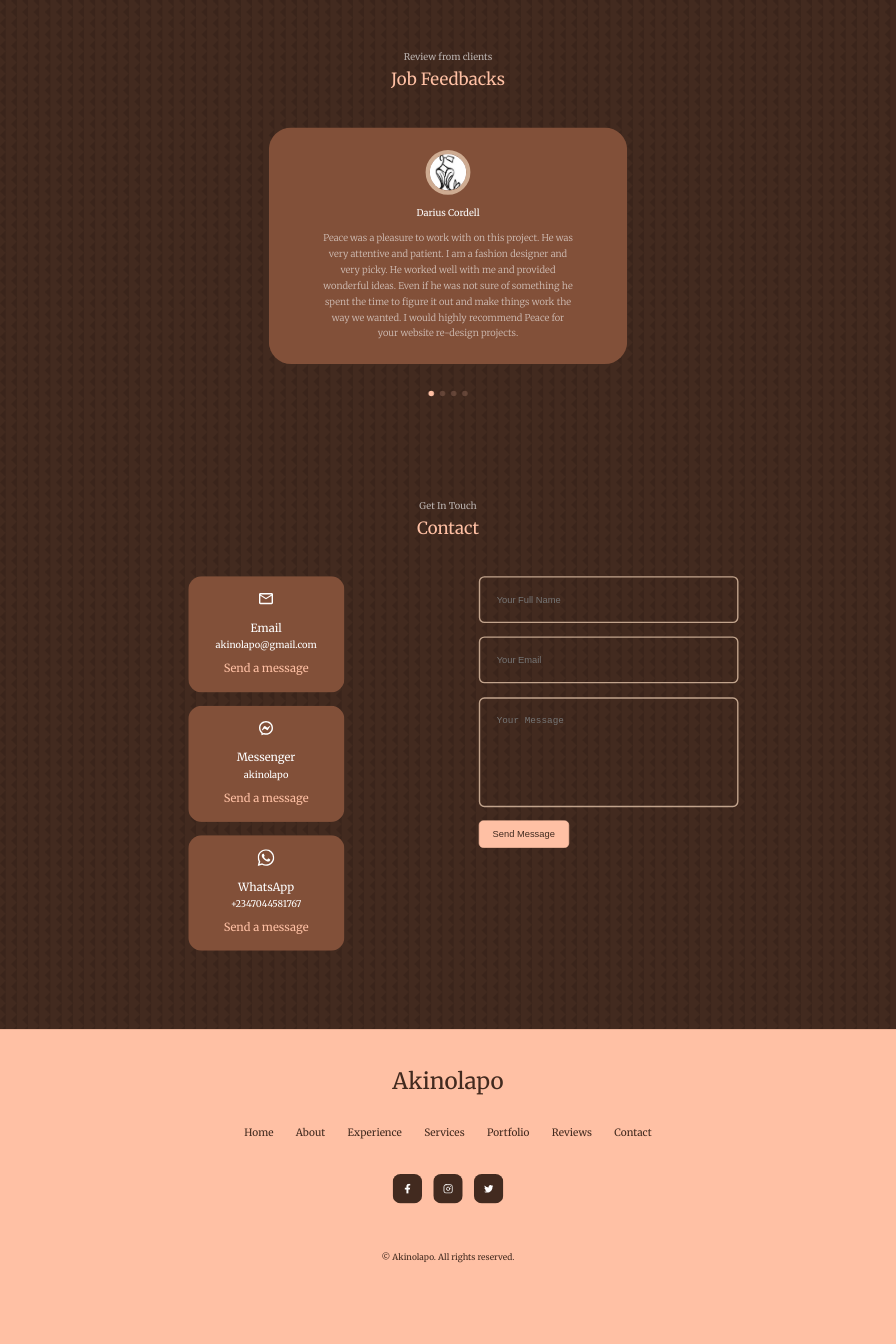
Repository: akinolapo/akinolapo-react
Page: /
These files come from the project's save history. The page is drawn as it stood at one moment and after the next save; the edit follows.
The browser window is 1280 px wide. The pictures show the part of the page from y = 4103 to 6023 px (the page is 6023 px tall), at 70% of full size.
The project was rebuilt for these pictures with package versions that can differ from the ones it lists, and the page was loaded fresh each time.

Above is the page before, as saved 2022-07-24 12:32:17.

### public/index.html
<!DOCTYPE html>
<html lang="en">

<head>
    <meta charset="UTF-8">
    <meta http-equiv="X-UA-Compatible" content="IE=edge">
    <meta name="viewport" content="width=device-width, initial-scale=1.0">
    <meta
      name="description"
      content="I am a Front-end Developer who has worked for several companies. I have developed websites for small businesses, large companies and individuals."
    />
    <meta name="p:domain_verify" content="1e6b47b5f0d710033c44561e0f1e8f04"/>
    <link rel="apple-touch-icon" sizes="180x180" href="%PUBLIC_URL%/assets/apple-touch-icon.png">
    <link rel="icon" type="image/png" sizes="32x32" href="%PUBLIC_URL%/assets/favicon-32x32.png">
    <link rel="icon" type="image/png" sizes="16x16" href="%PUBLIC_URL%/assets/favicon-16x16.png">
    <link rel="manifest" href="%PUBLIC_URL%/assets/site.webmanifest">
    <link rel="mask-icon" href="%PUBLIC_URL%/assets/safari-pinned-tab.svg" color="#5bbad5">
    <meta name="msapplication-TileColor" content="#da532c">
    <meta name="theme-color" content="#ffffff">
    <title>Peace Akinola || Frontend Developer || IT Support Specialist</title>
</head>

<body>
    <div id="root"></div>
</body>

</html>

### src/App.jsx
import React from 'react'
import Header from './components/header/header'
import Nav from './components/nav/nav'
import About from './components/about/about'
import Experience from './components/experience/experience'
import Services from './components/services/services'
import Portfolio from './components/portfolio/portfolio'
import Review from './components/review/review'
import Contact from './components/contact/contact'
import Footer from './components/footer/footer'

const App = () => {
  return (
    <>
    <Header/>
    <Nav/>
    <About/>
    <Experience/>
    <Services/>
    <Portfolio/>
    <Review/>
    <Contact/>
    <Footer/>
    </>
  )
}

export default App

### src/components/header/header.jsx
import React from 'react'
import './header.css'
import CTA from './CTA'
// import ME from '../../assets/me.png'
import HeaderSocials from './headersocials'

const header = () => {
  return (
    <header>
      <div className="container header__container">
        <h5>Hello I'm</h5>
        <h1>Peace Akinola</h1>
        <h5 className="text-light">Frontend Developer</h5>
        <CTA/>
        <HeaderSocials/>

        <div className="me">
          <img src={process.env.PUBLIC_URL+`assets/me.png`} alt='me'></img>
        </div>

        <a href='#contact' className='scroll__down'>Scroll Down</a>
      </div>
    </header>
  )
}

export default header

### src/components/nav/nav.jsx
import React from 'react'
import './nav.css'
import {AiOutlineHome, AiOutlineUser, AiOutlineBook, AiOutlineMessage} from 'react-icons/ai'
import {RiServiceLine} from 'react-icons/ri'
import {BiBriefcase} from 'react-icons/bi'
import { useState } from 'react'

const Nav = () => {
  const [activeNav, setActiveNav] = useState('#')
  return (
    <nav>
      <a href='#' onClick={() => setActiveNav('#')} className={activeNav === '#' ? 'active' : ''}><AiOutlineHome/></a>
      <a href='#about' onClick={() => setActiveNav('#about')}  className={activeNav === '#about' ? 'active' : ''}><AiOutlineUser/></a>
      <a href='#experience' onClick={() => setActiveNav('#experience')}  className={activeNav === '#experience' ? 'active' : ''}><AiOutlineBook/></a>
      <a href='#services' onClick={() => setActiveNav('#services')}  className={activeNav === '#services' ? 'active' : ''}><RiServiceLine/></a>
      <a href='#portfolio' onClick={() => setActiveNav('#portfolio')}  className={activeNav === '#portfolio' ? 'active' : ''}><BiBriefcase/></a>
      <a href='#contact' onClick={() => setActiveNav('#contact')}  className={activeNav === '#contact' ? 'active' : ''}><AiOutlineMessage/></a>
    </nav>
  )
}

export default Nav

### src/components/about/about.jsx
import React from 'react'
import './about.css'
// import ME from '../../../public/assets/me-about.JPG'
import{FaAward} from 'react-icons/fa'
import{FiUsers} from 'react-icons/fi'
import{VscFolderLibrary} from 'react-icons/vsc'

const about = () => {
  return (
    <section id='about'>
      <h5>Get To Know</h5>
      <h2>About Me</h2>

      <div className="container about__container">
        <div className="about__me">
          <div className="about__me-img">
            <img src={process.env.PUBLIC_URL+`assets/me-about.JPG`} alt="Peace Akinola Working" />
          </div>
        </div>
        <div className="about__content">
          <div className="about__cards">
            <article className='about__card'>
              <FaAward className='about__icon'/>
              <h5>Experience</h5>
              <small>4+ Years Working</small>
            </article>

            <article className='about__card'>
              <FiUsers className='about__icon'/>
              <h5>Clients</h5>
              <small>20 + Worldwide</small>
            </article>

            <article className='about__card'>
              <VscFolderLibrary className='about__icon'/>
              <h5>Projects</h5>
              <small>50+ Completed</small>
            </article>
          </div>

          <p>
          Scrupulous web developer with over 4 years of front-end experience and admiration for responsive website design and a firm believer in the mobile-first approach.
          </p>
          <a href='#contact' className='btn btn-primary'>Let's Talk</a>
        </div>
      </div>
    </section>
  )
}

export default about

### src/components/contact/contact.jsx
import React from 'react'
import './contact.css'
import {MdOutlineMail} from 'react-icons/md'
import {RiMessengerLine} from 'react-icons/ri'
import {BsWhatsapp} from 'react-icons/bs'
import { useRef } from 'react'
import emailjs from 'emailjs-com'

const Contact = () => {
  const form =useRef()

  const sendEmail = (e) => {
    e.preventDefault();

    emailjs.sendForm('service_thkk0ff', 'template_cxpe4qe', form.current, 'pCl99nrjr2s5D9yF-')

    e.target.reset()
  };
  return (
    <section id='contact'>
      <h5>Get In Touch</h5>
      <h2>Contact</h2>

      <div className="container contact__container">
        <div className="contact__options">
          <article className="contact__option">
            <MdOutlineMail className='contact__option-icon'/>
            <h4>Email</h4>
            <h5>akinolapo@gmail.com</h5>
            <a href='mailto:akinolapo@gmail.com' target= "_blank" rel="noreferrer">Send a message</a>
          </article>

          <article className="contact__option">
            <RiMessengerLine className='contact__option-icon'/>
            <h4>Messenger</h4>
            <h5>akinolapo</h5>
            <a href='https://m.me/akinolapo.wp' target= "_blank" rel="noreferrer">Send a message</a>
          </article>

          <article className="contact__option">
            <BsWhatsapp className='contact__option-icon'/>
            <h4>WhatsApp</h4>
            <h5>+2347044581767</h5>
            <a href='https://api.whatsapp.com/send/?phone=2347044581767' target= "_blank" rel="noreferrer">Send a message</a>
          </article>
        </div>
        {/* END OF CONTACT OPTIONS */}
        <form ref={form} onSubmit={sendEmail}>
          <input type="text" name="name" placeholder="Your Full Name" required></input>
          <input type="email" name="email" placeholder="Your Email"></input>
          <textarea name="message" rows="7" placeholder="Your Message" required></textarea>
          <button type="submit" className="btn btn-primary">Send Message</button>
        </form>
      </div>
    </section>
  )
}

export default Contact

### src/components/footer/footer.jsx
import React from 'react'
import './footer.css'
import {FaFacebookF} from 'react-icons/fa'
import {FiInstagram} from 'react-icons/fi'
import {IoLogoTwitter} from 'react-icons/io'

const footer = () => {
  return (
    <footer>
        <a href='#' className='footer__logo'>Akinolapo</a>

        <ul className='permalinks'>
            <li><a href='#'>Home</a></li>
            <li><a href='#about'>About</a></li>
            <li><a href='#experience'>Experience</a></li>
            <li><a href='#services'>Services</a></li>
            <li><a href='#portfolio'>Portfolio</a></li>
            <li><a href='#review'>Reviews</a></li>
            <li><a href='#contact'>Contact</a></li>
        </ul>

        <div className="footer__socials">
        <a href='https://facebook.com/akinolapo.wp' target= "_blank" rel="noreferrer"><FaFacebookF/></a>
        <a href='https://instagram.com/akinolapo' target= "_blank" rel="noreferrer"><FiInstagram/></a>
        <a href='https://twitter.com/poakinola' target= "_blank" rel="noreferrer"><IoLogoTwitter/></a>
        </div>

        <div className="footer__copyright">
            <small>&copy; Akinolapo. All rights reserved.</small>
        </div>
    </footer>
  )
}

export default footer

### src/components/header/header.css
header{
    height: 100vh;
    padding-top: 7rem;
    overflow: hidden;
}

.header__container{
    text-align: center;
    height: 100%;
    position: relative;
}

/*======================== CTA ========================*/
.cta{
    margin-top: 2.5rem;
    display: flex;
    gap: 1.2rem;
    justify-content: center;
}

/*======================== HEADER SOCIALS ========================*/
.header__socials{
    display: flex;
    flex-direction: column;
    align-items: center;
    gap: 0.8rem;
    position: absolute;
    left: 0;
    bottom: 3rem;
}

.header__socials::after{
    content: '';
    width: 1px;
    height: 2rem;
    background: var(--color-primary);
}

/*======================== ME ========================*/
.me{
    background: linear-gradient(var(--color-primary), transparent);
    width: 22rem;
    height: 30rem;
    position: absolute;
    left: calc(50% - 11rem);
    margin-top: 4rem;
    border-radius: 12rem 12rem 0 0;
    overflow: hidden;
    padding: 2rem 1.5rem 1.5rem 1.5rem;
}

/*======================== SCROLL DOWN ========================*/
.scroll__down{
    position: absolute;
    right: 2.3rem;
    bottom: 2.3rem;
    transform: rotate(90deg);
    font-weight: 200;
    font-size: 0.9rem;
}

/*======================== MEDIA QUERIES (TABLET DEVICES) ========================*/
@media screen and (max-width: 1024px) {
    header{
        height: 68vh;
    }
}

/*======================== MEDIA QUERIES (MOBILE DEVICES) ========================*/
@media screen and (max-width: 600px) {
   header{
       height: 100vh;
   }

   .header__socials, .scroll__down{
       display: none;
   }
}

### src/components/header/CTA.jsx
import React from 'react'
// import Resume from '../../assets/cv.pdf'

const CTA = () => {
  return (
    <div className='cta'>
        <a href= {process.env.PUBLIC_URL+`assets/cv.pdf`} download className='btn'>Download CV</a>
        <a href='#contact' className='btn btn-primary'>Let's Talk</a>
    </div>
  )
}

export default CTA

### src/components/header/headersocials.jsx
import React from 'react'
import {BsLinkedin} from 'react-icons/bs'
import {FaGithubAlt} from 'react-icons/fa'
import {FiDribbble} from 'react-icons/fi'

const headersocials = () => {
  return (
    <div className='header__socials'>
      <a href='https://www.linkedin.com/in/akinolapo' target= "new"><BsLinkedin/></a>
      <a href='https://github.com/akinolapo' target= "new"><FaGithubAlt/></a>
      <a href='https://twitter.com/akinolapo_' target= "new"><FiDribbble/></a>
    </div>
  )
}

export default headersocials

### src/components/nav/nav.css
nav{
    background: rgba(0,0,0,0.3);
    width: max-content;
    display: block;
    padding: 0.7rem 1.7rem;
    z-index: 2;
    position: fixed;
    left: 50%;
    transform: translate(-50%);
    bottom: 2rem;
    display: flex;
    gap: 0.8 rem;
    border-radius: 3rem;
    backdrop-filter: blur(15px);
}

nav a{
    background: transparent;
    padding: 0.8rem;
    border-radius: 50%;
    display: flex;
    color: var(--color-light);
    font-size: 1.1rem;
}

nav a:hover{
    background: rgab(0, 0, 0, 0.3);
}

nav a.active{
    background: var(--color-primary);
    color: var(--color-bg);
}

### src/components/about/about.css
.about__container{
    display: grid;
    grid-template-columns: 35% 50%;
    gap: 15%;
}

.about__me{
    width: 100%;
    aspect-ratio: 1/1;
    border-radius: 2rem;
    background: linear-gradient(
        45deg,
        transparent,
        var(--color-primary),
        transparent
    );
    display: grid;
    place-items: center;
}

.about__me-img{
    border-radius: 2rem;
    overflow: hidden;
    transform: rotate(10deg);
    transition: var(--transition);
}

.about__me-img:hover{
    transform: rotate(0);
}

.about__cards{
    display: grid;
    grid-template-columns: repeat(3, 1fr);
    gap: 1.5rem;
}

.about__card{
    background: var(--color-bg-variant);
    border: 1px solid transparent;
    border-radius: 1rem;
    padding: 2rem;
    text-align: center;
    transition: var(--transition);
}

.about__card:hover{
    background: transparent;
    border-color: var(--color-primary-variant);
    cursor: default;
}

.about__icon{
    color: var(--color-primary);
    font-size: 1.4rem;
    margin-bottom: 1rem;
}

.about__card h5{
    font-size: 0.95rem;
}

.about__card small{
    font-size: 0.7rem;
    color: var(--color-light);
}

.about__content p{
    margin: 2rem 0 2.6rem;
    color: var(--color-light);
}

/*======================== MEDIA QUERIES (TABLET DEVICES) ========================*/
@media screen and (max-width: 1024px) {
    .about__container{
        grid-template-columns: 1fr;
        gap: 0;
    }

    .about__me{
        width: 50%;
        margin: 2rem auto 4rem;
    }

    .about__content p{
        margin: 1rem 0 1.5rem;
    }
}

/*======================== MEDIA QUERIES (MOBILE DEVICES) ========================*/
@media screen and (max-width: 600px) {
   .about__me{
       width: 65%;
       margin: 0 auto 3rem;
       margin-top: 2rem;
   }

   .about__cards{
       margin-top: 2rem;
       grid-template-columns: 1fr 1fr;
       gap: 1rem;
   }

   .about__content{
       text-align: center;
   }

   .about__content p{
       margin: 1.5rem 0;
   }
}

### src/components/experience/experience.css
.experience__container{
    display: grid;
    grid-template-columns: 1fr 1fr;
    gap: 2rem;
}

.experience__container > div {
    background: var(--color-bg-variant);
    padding: 2.4rem 5rem;
    border-radius: 2rem;
    border: 1px solid transparent;
    transition: var(--transition);
}

.experience__container > div:hover{
    border-color: var(--color-primary);
    background: transparent;
    color: var(--color-primary-variant);
    cursor: default;
}

.experience__container > div h3{
    text-align: center;
    margin-bottom: 2rem;
    color: var(--color-primary);
}

.experience__content{
    display: grid;
    grid-template-columns: 1fr 1fr;
    row-gap: 2rem;
}

.experience__details{
    display: flex;
    gap: 1rem;
}

.experience__details-icon{
    margin-top: 6px;
    color: var(--color-primary);
}

/*======================== MEDIA QUERIES (TABLET DEVICES) ========================*/
@media screen and (max-width: 1024px) {
    .experience__container{
        grid-template-columns: 1fr;
    }
    .experience__container >div {
        width: 80%;
        padding: 2rem;
        margin: 0 auto;
    }
    .experience__content{
        padding: 1rem;
    }

}

/*======================== MEDIA QUERIES (MOBILE DEVICES) ========================*/
@media screen and (max-width: 600px) {
  .experience__container{
      gap: 1rem;
  }

  .experience__container > div{
      width: 100%;
      padding: 2rem 1rem;
  }
}

### src/components/services/services.css
.services__container{
    display: grid;
    grid-template-columns: repeat(3, 1fr);
    gap: 3rem;
}

.service{
    background: var(--color-bg-variant);
    border-radius: 0 0 2rem 2rem;
    border:  1px solid var(--color-primary);
    height: fit-content;
    transition: var(--transition);
}

.service:hover{
    background: transparent;
    border-color: var(--color-primary-variant);
    cursor: default;
}

.service__head{
    background: var(--color-primary);
    padding: 2rem;
    border-radius: 0 0 2rem 2rem;
    box-shadow: 0 2rem 1rem rgba(0, 0, 0, 0.1);
}

.service__head h3{
    color: var(--color-bg);
    text-align: center;
}

.service__list{
    padding: 2rem;
}

.service__list li{
    display: flex;
    gap: 1rem;
    margin-bottom: 0.8rem;
}

.service__list-icon{
    color: var(--color-primary);
    margin-top: 2px;
}

.service__list p{
    font-size: 0.9rem;
}


/*======================== MEDIA QUERIES (TABLET DEVICES) ========================*/
@media screen and (max-width: 1024px) {
    .services__container{
        grid-template-columns: 1fr 1fr;
        gap: 2rem;
    }

    .service{
        height: auto;
    }
  }


/*======================== MEDIA QUERIES (MOBILE DEVICES) ========================*/
@media screen and (max-width: 600px) {
    .services__container{
        grid-template-columns: 1fr;
        gap: 1.5rem;
    }
  }

### src/components/portfolio/portfolio.css
.portfolio__container{
    display: grid;
    grid-template-columns: repeat(3, 1fr);
    gap: 2.5rem;
}

.portfolio__item{
    background: var(--color-bg-variant);
    padding: 1.3rem;
    border-radius: 2rem;
    border: 1px solid transparent;
    transition: var(--transition);
}

.portfolio__item:hover{
    border-color: var(--color-primary-variant);
    background: transparent;
}

.portfolio__item-image{
    border-radius: 1.5rem;
    overflow: hidden;
}

.portfolio__item h3{
    margin: 1.2rem 0 2rem;
}

.portfolio__item-cta{
    display: flex;
    gap: 1rem;
    margin-bottom: 1rem;
}

/*======================== MEDIA QUERIES (TABLET DEVICES) ========================*/
@media screen and (max-width: 1024px) {
    .portfolio__container{
        grid-template-columns: 1fr 1fr;
        gap: 1.2rem;
    }
  }


/*======================== MEDIA QUERIES (MOBILE DEVICES) ========================*/
@media screen and (max-width: 600px) {
    .portfolio__container{
        grid-template-columns: 1fr;
        gap: 1rem;
    }
  }

### src/components/review/review.css
.container.review__container{
    width: 40%;
    padding-bottom: 4rem;
}

.client__avatar{
    width: 4rem;
    aspect-ratio: 1/1;
    overflow: hidden;
    border-radius: 50%;
    margin: 0 auto 1rem;
    border: 0.4rem solid var(--color-primary-variant);
}

.review{
    background: var(--color-bg-variant);
    text-align: center;
    padding: 2rem;
    border-radius: 2rem;
    user-select: none;
}

.client__review{
    color: var(--color-light);
    font-weight: 300;
    display: block;
    width: 80%;
    margin: 0.8rem auto 0;
}

.swiper-pagination-clickable .swiper-pagination-bullet{
    background: var(--color-primary);
}

/*======================== MEDIA QUERIES (TABLET DEVICES) ========================*/
@media screen and (max-width: 1024px) {
    .container.review__container{
       width: 60%;
   }
}

/*======================== MEDIA QUERIES (MOBILE DEVICES) ========================*/
@media screen and (max-width: 600px) {
    .container.review__container{
        width: var(--container-width-sm);
    }

    .client__review{
        width: var(--container-width-sm);
    }
}

### src/components/contact/contact.css
.container.contact__container{
    width: 58%;
    display: grid;
    grid-template-columns: 30% 50%;
    gap: 12rem;
}

.contact__options{
    display: flex;
    flex-direction: column;
    gap: 1.2rem;
}

.contact__option{
    background: var(--color-bg-variant);
    padding: 1.2rem;
    border-radius: 1.2rem;
    text-align: center;
    border: 1px solid transparent;
    transition: var(--transition);
}

.contact__option:hover {
    background: transparent;
    border-color: var(--color-primary-variant);
}

.contact__option-icon{
    font-size: 1.5rem;
    margin-bottom: 0.5rem;
}

.contact__option a{
    margin-top: .5rem;
    display: inline-block;
}

/*********************** FORM ***********************/
form{
    display: flex;
    flex-direction: column;
    gap: 1.2rem;
}

input, textarea{
    width: 100%;
    padding: 1.5rem;
    border-radius: 0.5rem;
    background: transparent;
    border: 2px solid var(--color-primary-variant);
    resize: none;
    color: var(--color-white);
}

/*======================== MEDIA QUERIES (TABLET DEVICES) ========================*/
@media screen and (max-width: 1024px) {
    .container.contact__container{
        grid-template-columns: 1fr;
        gap: 2rem;
    }
  }


/*======================== MEDIA QUERIES (MOBILE DEVICES) ========================*/
@media screen and (max-width: 600px) {
   .container.contact__container{
       grid-template-columns: 1fr;
       width: var(--container-width-sm);
   }
  }

### src/components/footer/footer.css
footer{
    background: var(--color-primary);
    padding: 3rem 0;
    text-align: center;
    font-size: .9rem;
    margin-top: 7rem;
}

footer a{
    color: var(--color-bg);
}

.footer__logo{
    font-size: 2rem;
    font-weight: 500;
    margin-bottom: 2rem;
    display: inline-block;
}

.permalinks{
    display: flex;
    flex-wrap: wrap;
    justify-content: center;
    gap: 2rem;
    margin: 0 auto 3rem;
    transition: var(--transition);
}

.footer__socials{
    display: flex;
    justify-content: center;
    gap: 1rem;
    margin-bottom: 4rem;
}

.footer__socials a{
    background: var(--color-bg);
    color: var(--color-white);
    padding: 0.8rem;
    border-radius: 0.7rem;
    display: flex;
    border: 1px solid transparent;
    transition: var(--transition);
}

.footer__socials a:hover{
    background: transparent;
    color: var(--color-bg);
    border-color: var(--color-bg);
}

.footer__copyright{
    margin-bottom: 4rem;
    color: var(--color-bg);
}

/*======================== MEDIA QUERIES (MOBILE DEVICES) ========================*/
@media screen and (max-width: 600px) {
    .permalinks{
        flex-direction: column;
        gap: 1.5rem;
    }

    .footer__socials{
        margin-bottom: 2.6rem;
    }
   }

Loaded but not shown: src/index.js (5 lines, source omitted); src/components/experience/experience.jsx (122 lines, source omitted); src/components/services/services.jsx (110 lines, source omitted); src/components/review/review.jsx (70 lines, source omitted); src/index.css (138 lines, source omitted); src/components/portfolio/portfolio.jsx (79 lines, source omitted)

After the next save:
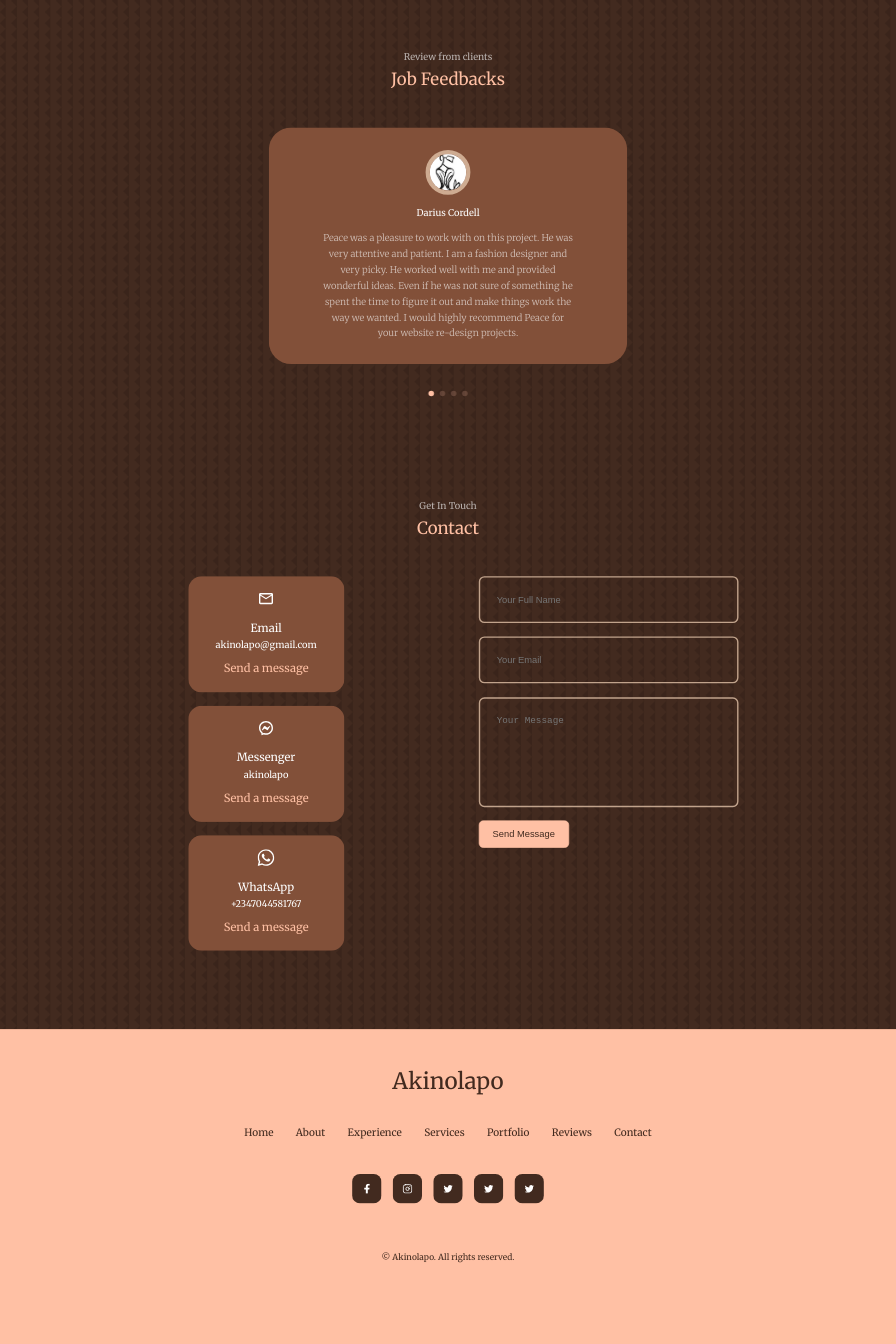
Saved 2 min 10 s later.
--- a/src/components/footer/footer.jsx
+++ b/src/components/footer/footer.jsx
@@ -23,6 +23,8 @@ const footer = () => {
         <a href='https://facebook.com/akinolapo.wp' target= "_blank" rel="noreferrer"><FaFacebookF/></a>
         <a href='https://instagram.com/akinolapo' target= "_blank" rel="noreferrer"><FiInstagram/></a>
         <a href='https://twitter.com/poakinola' target= "_blank" rel="noreferrer"><IoLogoTwitter/></a>
+        <a href='https://twitter.com/poakinola' target= "_blank" rel="noreferrer"><IoLogoTwitter/></a>
+        <a href='https://twitter.com/poakinola' target= "_blank" rel="noreferrer"><IoLogoTwitter/></a>
         </div>
 
         <div className="footer__copyright">
